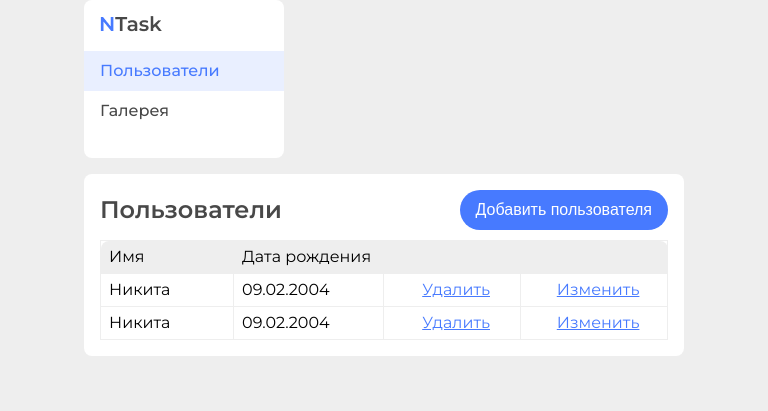
Repository: Grid-Master/NTask
Page: /
An editor plug-in stored every save of this project. The page is shown before and after the next save, followed by the edit.
The browser window is 768 px wide. The pictures show the whole page.
The project was rebuilt for these pictures with package versions that can differ from the ones it lists, and the page was loaded fresh each time.

Above is the page before, as saved 2023-06-05 11:40:28.

### public/index.html
<!DOCTYPE html>
<html lang="en">
  <head>
    <meta charset="utf-8" />
    <link rel="icon" href="%PUBLIC_URL%/favicon.ico" />
    <meta name="viewport" content="width=device-width, initial-scale=1" />
    <meta name="theme-color" content="#000000" />
    <meta name="description" content="Web site created using create-react-app" />
    <link rel="apple-touch-icon" href="%PUBLIC_URL%/logo192.png" />
    <link rel="preconnect" href="https://fonts.googleapis.com" />
    <link rel="preconnect" href="https://fonts.gstatic.com" crossorigin />
    <link
      href="https://fonts.googleapis.com/css2?family=Montserrat:wght@300;400;500;600;700&display=swap"
      rel="stylesheet" />
    <link rel="manifest" href="%PUBLIC_URL%/manifest.json" />
    <title>React App</title>
  </head>
  <body>
    <noscript>You need to enable JavaScript to run this app.</noscript>
    <div id="root"></div>
  </body>
</html>

### src/index.css
html, body, div, span, applet, object, iframe,
h1, h2, h3, h4, h5, h6, p, blockquote, pre,
a, abbr, acronym, address, big, cite, code,
del, dfn, em, img, ins, kbd, q, s, samp,
small, strike, strong, sub, sup, tt, var,
b, u, i, center,
dl, dt, dd, ol, ul, li,
fieldset, form, label, legend,
table, caption, tbody, tfoot, thead, tr, th, td,
article, aside, canvas, details, embed,
figure, figcaption, footer, header, hgroup,
menu, nav, output, ruby, section, summary,
time, mark, audio, video {
	margin: 0;
	padding: 0;
	border: 0;
	font-size: 100%;
	font: inherit;
	vertical-align: baseline;
}
/* HTML5 display-role reset for older browsers */
article, aside, details, figcaption, figure,
footer, header, hgroup, menu, nav, section {
	display: block;
}
body {
	line-height: 1;
}
ol, ul {
	list-style: none;
}
blockquote, q {
	quotes: none;
}
blockquote:before, blockquote:after,
q:before, q:after {
	content: '';
	content: none;
}
table {
	border-collapse: collapse;
}
body {
  margin: 0;
  font-family: Montserrat;
  background: #EEEEEE;

}

code {
  font-family: source-code-pro, Menlo, Monaco, Consolas, 'Courier New',
    monospace;
}

### src/App.tsx
import './App.css';
import Navbar from './components/navabar/Navbar';
import UserList from './components/userList/UserList';

function App() {
  return (
    <div className="App">
      <Navbar />
      <UserList />
    </div>
  );
}

export default App;

### src/App.css
.App {
  display: flex;
  align-items:start;
  gap: 16px;
  max-width: 1200px;
  margin: 0 auto;
}

@media screen and (max-width: 1200px) {
  .App {
    flex-direction: column;
    max-width: 1000px;
  }
}
@media screen and (max-width: 1000px) {
  .App {
    flex-direction: column;
    max-width: 600px;
  }
}

### src/components/navabar/Navbar.tsx
import { FC } from 'react';
import './navbar.sass';
const logo = require('../../images/logo.png');

const Navbar: FC = () => {
  return (
    <div className="navbar">
      <div className="navbar__imagecontainer">
        <img src={logo} alt="logo" />
      </div>
      <div className="navbar__item navbar__active">Пользователи</div>
      <div className="navbar__item">Галерея</div>
    </div>
  );
};

export default Navbar;

### src/components/userList/UserList.tsx
import React, { FC } from 'react';
import './userList.sass';

const UserList: FC = () => {
  return (
    <div className="userList">
      <div>
        <h1 className="userList__title">Пользователи</h1>
        <button className="userList__addUserBtn">Добавить пользователя</button>
      </div>
      <table className="userList__table">
        <tr className="userList__table-info">
          <td>Имя</td>
          <td>Дата рождения</td>
          <td></td>
          <td></td>
        </tr>
        <tr>
          <td>Никита</td>
          <td>09.02.2004</td>
          <td className="userList__table-btn">Удалить</td>
          <td className="userList__table-btn">Изменить</td>
        </tr>
        <tr>
          <td>Никита</td>
          <td>09.02.2004</td>
          <td className="userList__table-btn">Удалить</td>
          <td className="userList__table-btn">Изменить</td>
        </tr>
      </table>
    </div>
  );
};

export default UserList;

### src/components/navabar/navbar.sass
.navbar
    width: 200px
    height: 158px
    background: #FFFFFF
    border-radius: 8px
    &__imagecontainer
        padding: 16px 0
        margin-left: 16px
    &__item
        padding: 8px 16px
        cursor: pointer
        font-weight: 500
        font-size: 16px
        line-height: 150%
        color: #484848
    &__active
        background: #E9EFFF
        color: #477AFF

### src/components/userList/userList.sass
.userList
    // width: 100%
    background: #FFFFFF
    border-radius: 8px
    padding: 16px
    >div
        display: flex
        align-items: center
        justify-content: space-between
    &__title
        font-weight: 600
        font-size: 24px
        line-height: 150%
        color: #484848
    &__addUserBtn
        font-weight: 500
        font-size: 16px
        line-height: 100%
        color: #FFFFFF
        background: #477AFF
        border-radius: 20px
        padding: 12px 16px
        border: none
        outline: none
        cursor: pointer
        transition: .3s
        &:hover
            opacity: .8
    &__table
        margin-top: 10px
        // width: 952px
        td
            border: 1px solid #EEEEEE
            width: 238px
            text-align: start
            padding: 8px 0
            padding-left: 8px
        &-btn
            cursor: pointer
            text-decoration-line: underline
            color: #477AFF
            transition: .2s
            text-align: center !important
            &:hover
                opacity: .8
        tr:first-child td:first-child
            border-radius: 8px 0 0 0
        tr:first-child td:last-child
            border-radius: 0 8px 0 0
        tr:last-child td:first-child
            border-radius: 0 0 8px 0
        tr:last-child td:last-child
            border-radius: 0 0 0 8px //??
        &-info
            background-color: #EEEEEE
            border-radius: 8px !important

@media screen and (max-width: 1200px)
    .userList
        width: calc( 100% - 32px )

Loaded but not shown: src/index.tsx (common file)

After the next save:
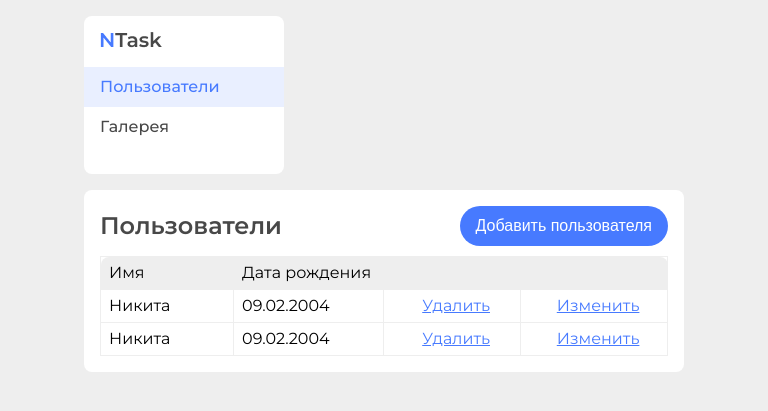
Saved 36 s later.
--- a/src/App.css
+++ b/src/App.css
@@ -16,5 +16,6 @@
   .App {
     flex-direction: column;
     max-width: 600px;
+    padding: 16px;
   }
 }
